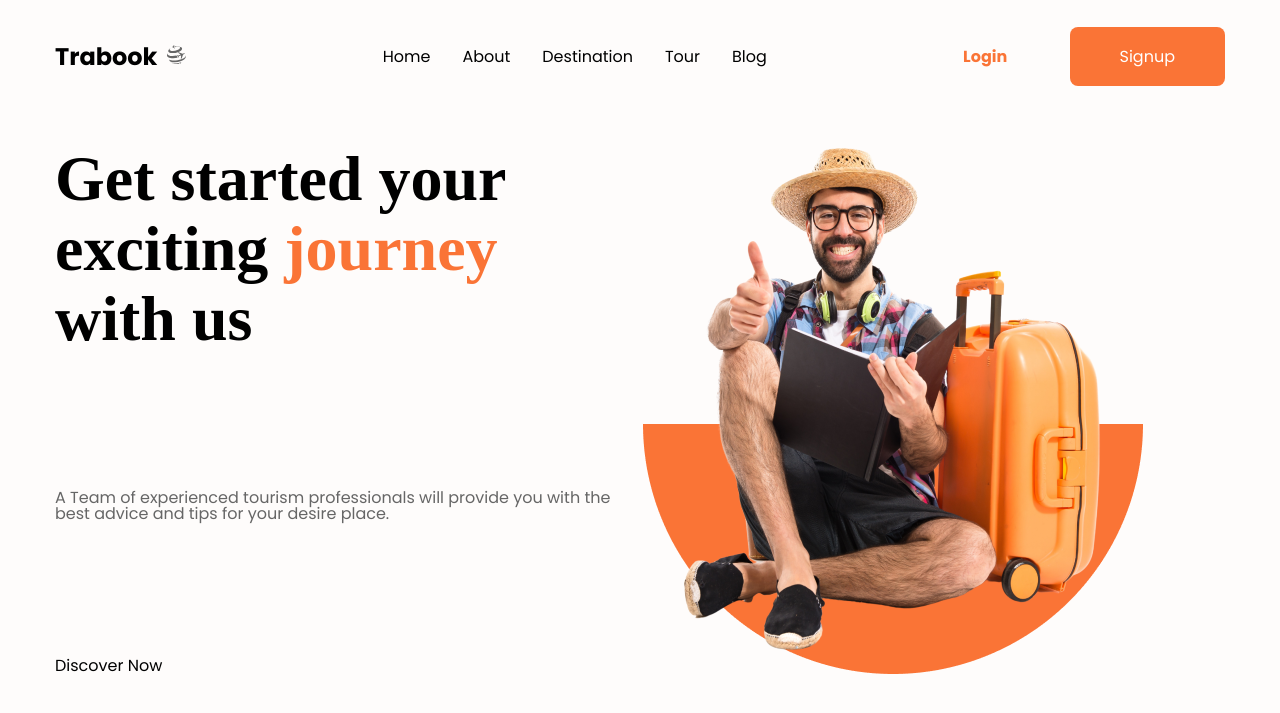
Repository: phobo99/phobo99.github.io
Page: Trabook/index.html
An editor plug-in stored every save of this project. The page is shown before and after the next save, followed by the edit.
The browser window is 1280 px wide. The pictures show the whole page.
Some web libraries are served in a nearby version. The style sheet was rebuilt from its Sass, Less or Tailwind sources for each picture, by a compiler version that may differ from the author's.

Above is the page before, as saved 2022-06-18 22:15:19.

After the next save:
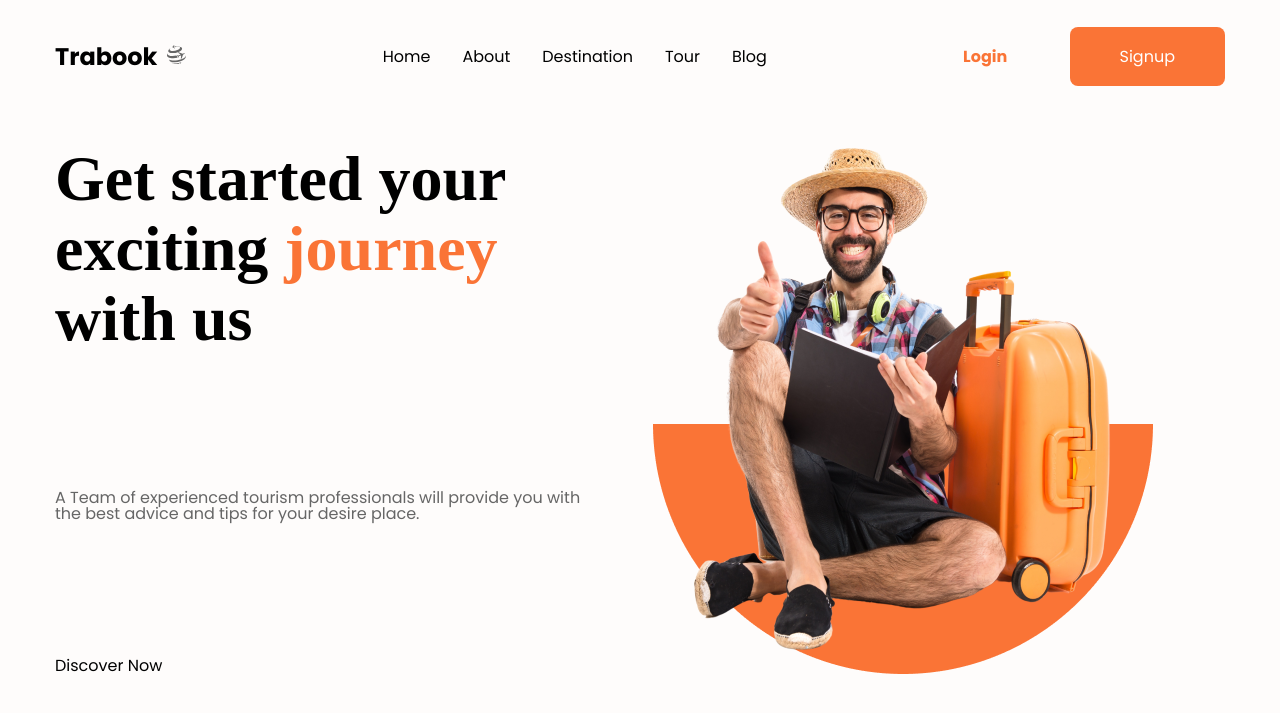
Saved 7 s later.
--- a/Trabook/style.scss
+++ b/Trabook/style.scss
@@ -103,7 +103,7 @@
     .content {
       @include size(100%, 530px);
       @include flexbox(stretch, space-between);
-      gap: 30px;
+      gap: 50px;
       margin-top: 30px;
       .content-left {
         @include flexbox(stretch, space-between, column);

After the save that followed:
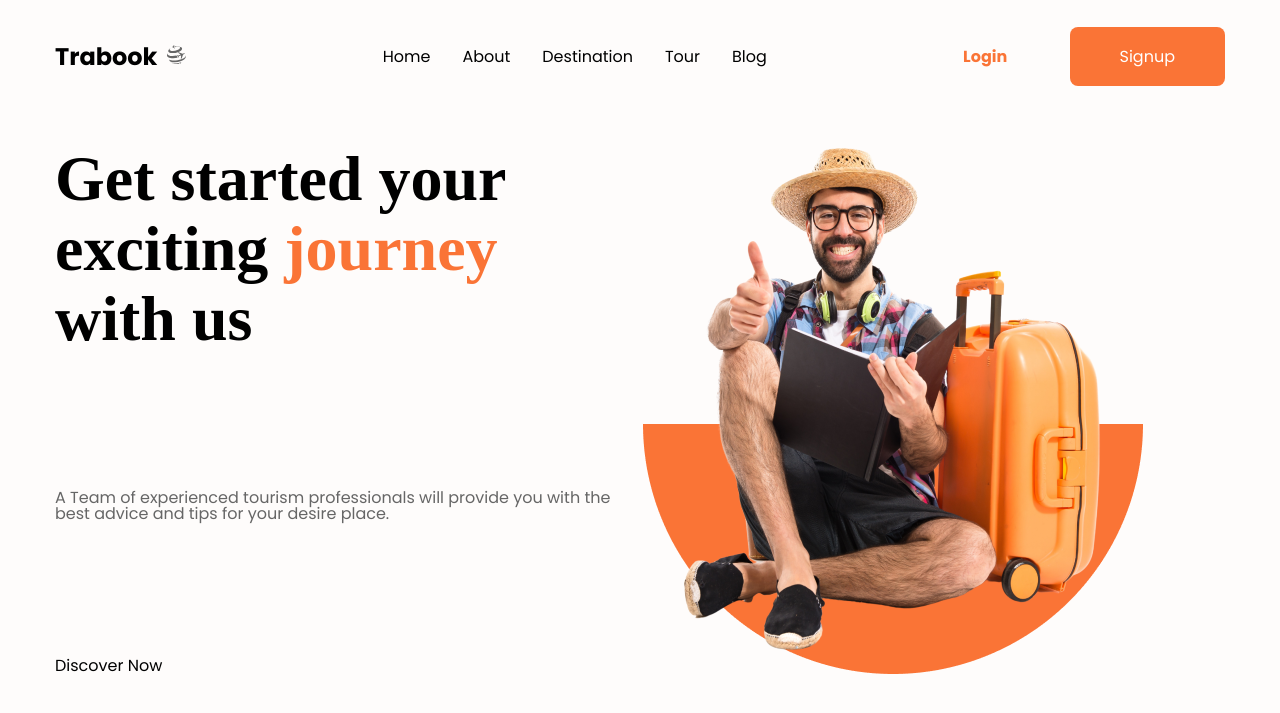
Saved 5 s later.
--- a/Trabook/style.scss
+++ b/Trabook/style.scss
@@ -103,7 +103,7 @@
     .content {
       @include size(100%, 530px);
       @include flexbox(stretch, space-between);
-      gap: 50px;
+      gap: 30px;
       margin-top: 30px;
       .content-left {
         @include flexbox(stretch, space-between, column);
